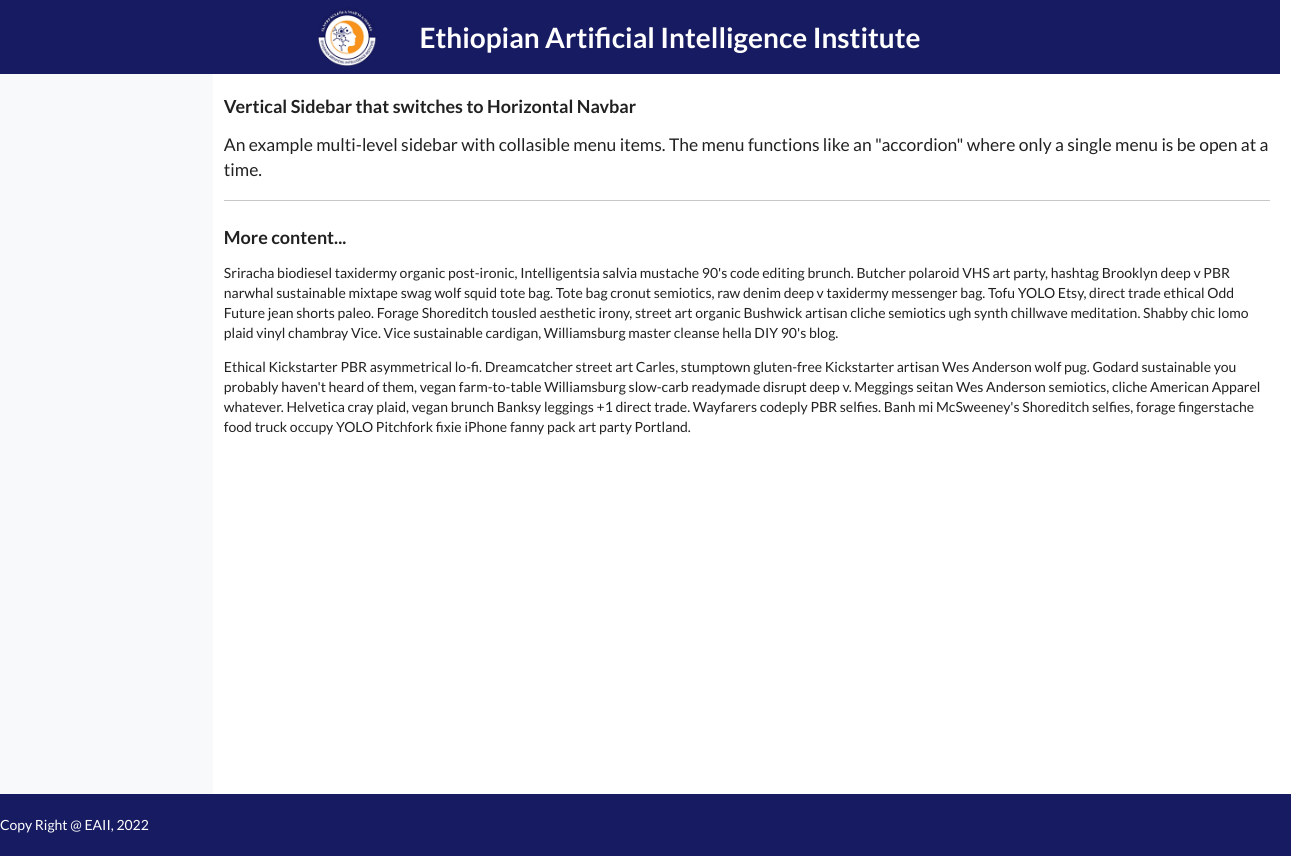
Repository: degagawolde/lung-disease-detection-webapp
Page: http://localhost/
These files come from the project's save history. The page is drawn as it stood at one moment and after the next save; the edit follows.
The browser window is 1280 px wide. The page is 1291 px wide, then 1280 px, so the pictures cover 1291 px, including what lies to the right of the window. The pictures show the whole page.
Some web libraries are served in a nearby version. The page is served by the project's application, run on Django 4.2 (manage.py).

Above is the page before, as saved 2022-09-25 17:33:38.

After the next save:
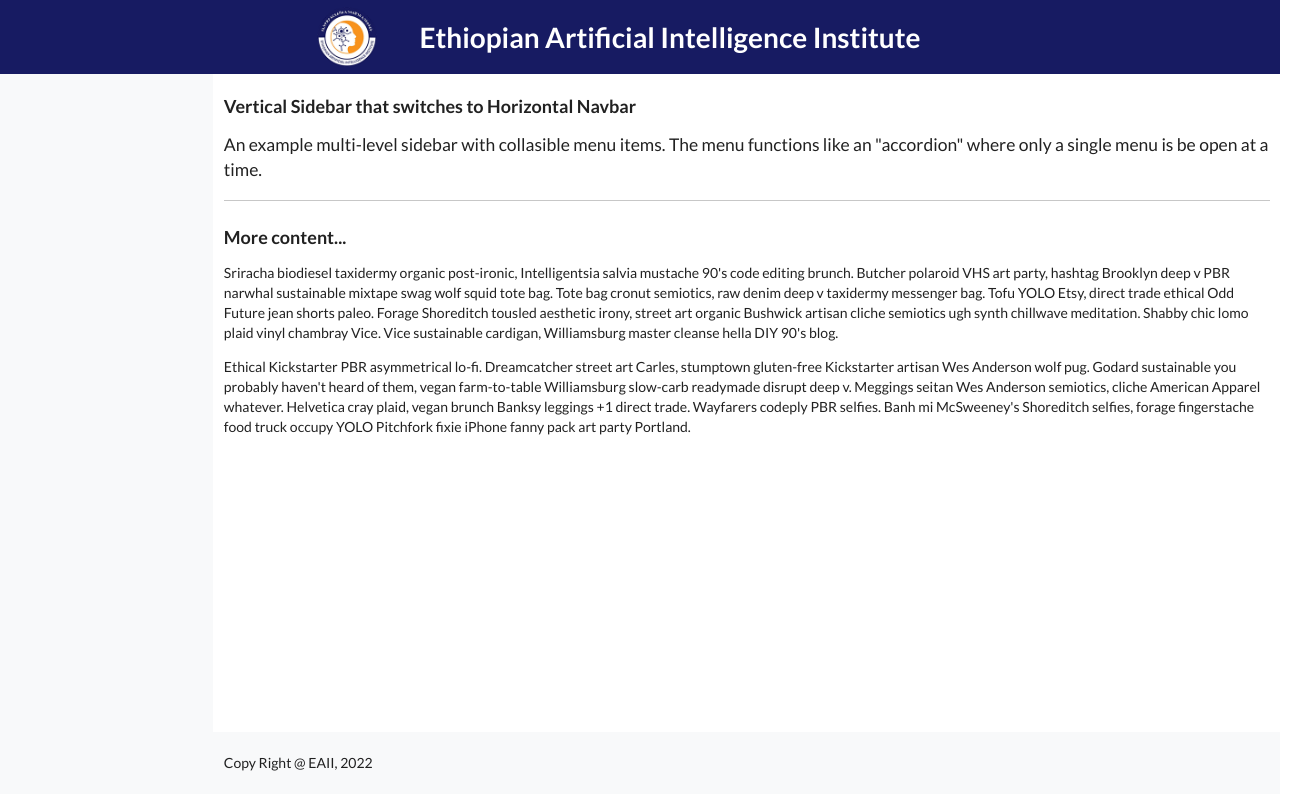
Saved 42 s later.
--- a/templates/index.html
+++ b/templates/index.html
@@ -29,6 +29,7 @@
     <script src="https://code.jquery.com/jquery-3.3.1.min.js"></script>
 </head>
 <body>
+
     <nav class="navbar justify-content-center" style="background-color: #171b62;">
         <img src="{% static 'images/logo.png' %}" width="60" height="60" class="d-inline-block align-top" alt="">
     <div class="px-5">
@@ -51,15 +52,14 @@
                     <p>Ethical Kickstarter PBR asymmetrical lo-fi. Dreamcatcher street art Carles, stumptown gluten-free Kickstarter artisan Wes Anderson wolf pug. Godard sustainable you probably haven't heard of them, vegan farm-to-table Williamsburg slow-carb readymade disrupt deep v. Meggings seitan Wes Anderson semiotics, cliche American Apparel whatever. Helvetica cray plaid, vegan brunch Banksy leggings +1 direct trade. Wayfarers codeply PBR selfies. Banh mi McSweeney's Shoreditch selfies, forage fingerstache food truck occupy YOLO Pitchfork fixie iPhone fanny pack art party Portland.</p>
                 </div>
             </main>
+            <footer class="row bg-light py-4 mt-auto">
+                <div class="col"> Copy Right @ EAII, 2022 </div>
+            </footer>
         </div>
     </div>
 </div>
      {% block content %}
      {% endblock %}
-
-    <footer class="row py-4 mt-auto" style="background-color: #171b62;">
-        <div class="col justify-content-center" style="color: white"> Copy Right @ EAII, 2022 </div>
-    </footer>
-
+        </main>
 </body>
 </html>
